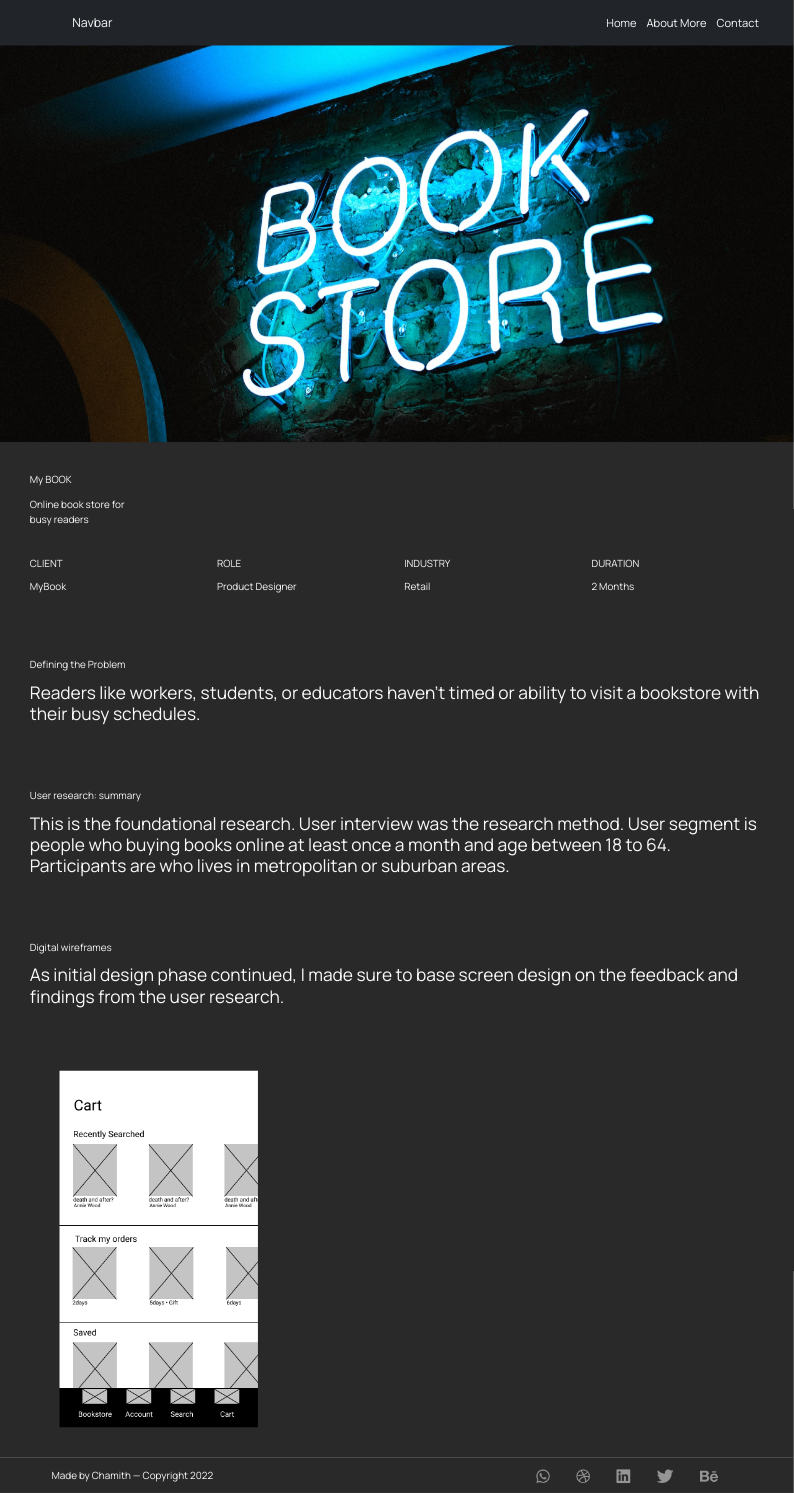
Repository: Realchamithweb/chamith-html
Page: work.html
The author's editor kept a copy of each file at every save. The page is drawn from the files as they stood at one save, then again after the next save.
The browser window is 1280 px wide. The pictures show the whole page, at 62% of full size.

Above is the page before, as saved 2023-01-24 07:34:19.

### work.html
<!doctype html>
<html lang="en">
  <head>
    <!-- Required meta tags -->
    <meta charset="utf-8">
    <meta name="viewport" content="width=device-width, initial-scale=1">
    <link rel="stylesheet" href="/css/style.css">
    <!-- Bootstrap CSS -->
    <link href="https://cdn.jsdelivr.net/npm/bootstrap@5.0.2/dist/css/bootstrap.min.css" rel="stylesheet" integrity="sha384-EVSTQN3/azprG1Anm3QDgpJLIm9Nao0Yz1ztcQTwFspd3yD65VohhpuuCOmLASjC" crossorigin="anonymous">
    <link rel="stylesheet" href="https://fonts.googleapis.com/css?family=Manrope">
    <title>Hello, world!</title>
  </head>
  <body>
    <div class="main">
            <div class="head">
                <nav class="navbar navbar-expand-lg navbar-light bg-dark">
                    <div class="container-fluid">
                        <div class="col-md-1"></div>
                    <a class="navbar-brand col-md-8 text-light" href="/index.html">Navbar</a>
                    <button class="navbar-toggler" type="button" data-bs-toggle="collapse" data-bs-target="#navbarNavDropdown" aria-controls="navbarNavDropdown" aria-expanded="false" aria-label="Toggle navigation">
                        <span class="navbar-toggler-icon"></span>
                    </button>
                    <div class="collapse navbar-collapse" id="navbarNavDropdown">
                        <ul class="navbar-nav">
                        <li class="nav-item">
                            <a class="nav-link active text-light" aria-current="page" href="/index.html">Home</a>
                        </li>
                        <li class="nav-item">
                            <a class="nav-link text-light" href="/work.html">About More</a>
                        </li>
                        <li class="nav-item">
                            <a class="nav-link text-light" href="/contact.html">Contact</a>
                        </li>
                        </ul>
                    </div>
                    </div>
                </nav>
            </div>
            <section>
                <div class="row">
                    <img src="/inc/work-top.png" class="work-hero">
                </div>
            </section>
            <section>
                <div class="row">
                    <div class="container-fluid text-light ms-5 mt-5">
                        <p>My BOOK</p>
                        <h>Online book store for<br>
                            busy readers </h3>
                    </div>
                </div>
                <div class="row p-5">
                        <div class="col-lg-3 text-light">
                            <p>CLIENT</p>
                            <h6>MyBook</h6>
                        </div>
                        <div class="col-lg-3 text-light">
                            <p>ROLE</p>
                            <h6>Product Designer</h6>
                        </div>
                        <div class="col-lg-3 text-light">
                            <p>INDUSTRY</p>
                            <h6>Retail</h6>
                        </div>
                        <div class="col-lg-3 text-light">
                            <p>DURATION</p>
                            <h6>2 Months</h6>
                        </div>
                </div>
            </section>
            <section>
                <div class="row p-5">
                    <div class="col-lg-12 text-light">
                        <p>Defining the Problem</p>
                        <h3>Readers like workers, students, or educators haven't timed or ability to visit a bookstore with their busy schedules.</h3>
                    </div>
                </div>
            </section>
            <section>
                <div class="row p-5">
                    <div class="col-lg-12 text-light">
                        <p>User research: summary</p>
                        <h3>This is the foundational research. User interview was the research method. User segment is people who buying books online at least once a month and age between 18 to 64. Participants are who lives in metropolitan or suburban areas.</h3>
                    </div>
                </div>
            </section>
            <section>
                <div class="row p-5">
                    <div class="col-lg-12 text-light">
                        <p>Digital wireframes</p>
                        <h3>As initial design phase continued, I made sure to base screen design on the feedback and findings from the user research.</h3>
                    </div>
                </div>
            </section>
            <section>
                <div class="row p-5">
                    <div class="col-lg-4 mx-5">
                        <img src="/inc/Cart.png">
                    </div>
                    <div class="col-lg-4">

                    </div>
                    <div class="col-lg-4">

                    </div>
                </div>
            </section>
            <section>
              <div class="footer">
                  <div class="container-fluid">
                      <div class="row">
                          <hr class="text-light">
                          <div class="col-lg-4 text-center text-light mb-3">Made by Chamith — Copyright 2022</div>
                          <div class="col-lg-4 mb-3"></div>
                          <div class="col-lg-4 mb-3"><img src="/inc/Icons.png" class="img02"></div>
                      </div>
                  </div>
              </div>
          </section>

  </div>


    <!-- Optional JavaScript; choose one of the two! -->

    <!-- Option 1: Bootstrap Bundle with Popper -->
    <script src="https://cdn.jsdelivr.net/npm/bootstrap@5.0.2/dist/js/bootstrap.bundle.min.js" integrity="sha384-MrcW6ZMFYlzcLA8Nl+NtUVF0sA7MsXsP1UyJoMp4YLEuNSfAP+JcXn/tWtIaxVXM" crossorigin="anonymous"></script>

    <!-- Option 2: Separate Popper and Bootstrap JS -->
    <!--
    <script src="https://cdn.jsdelivr.net/npm/@popperjs/core@2.9.2/dist/umd/popper.min.js" integrity="sha384-IQsoLXl5PILFhosVNubq5LC7Qb9DXgDA9i+tQ8Zj3iwWAwPtgFTxbJ8NT4GN1R8p" crossorigin="anonymous"></script>
    <script src="https://cdn.jsdelivr.net/npm/bootstrap@5.0.2/dist/js/bootstrap.min.js" integrity="sha384-cVKIPhGWiC2Al4u+LWgxfKTRIcfu0JTxR+EQDz/bgldoEyl4H0zUF0QKbrJ0EcQF" crossorigin="anonymous"></script>
    -->
  </body>
</html>

### css/style.css
.main{
    background-color: #292929;
    font-family: 'Manrope', serif;
    overflow-x: hidden;

}
.navbar{
    padding-top: 15px!important;
    padding-bottom: 15px!important;
}
.nav-link{
    font-size: 18px!important;
}
.hero{
    margin-top: 66px;
}

.hero-img{
    margin-top: 3em;
}

.hero-title{
    font-style: normal;
    font-weight: 400;
    font-size: 54px;
    line-height: 64px;
    margin-left: 96px;
}

.hero-text{
    font-style: normal;
    font-weight: 400;
    font-size: 20px;
    line-height: 30px;
    margin-left: 96px;
}

.hero-btn{
    margin-left: 96px;
}

.work-img:hover img{
        opacity: 0.5;
}

.work-img {
    position: relative;
  }

  .bg-color
  .work-img img {
    width: 100%;
    opacity: 1;
    transition: opacity 0.5s;
  }
.work-img .text {
    position: absolute;
    top: 50%;
    left: 50%;
    transform: translate(-50%, -50%);
    text-align: center;
    color: white;
  }

  .work-hero{
    width: 1440px;
    height: 640px;
    left: 0px;
    top: 0px;
  }
/*
.hero-title{
    position: absolute;
    width: 824px;
    height: 192px;
    left: 96px;
    top: 240px;

    font-family: 'Inter';
    font-style: normal;
    font-weight: 400;
    font-size: 54px;
    line-height: 64px;
    color: #000000;
}

.hero-text{
    position: absolute;
    width: 824px;
    height: 90px;
    left: 96px;
    top: 456px;

    font-family: 'Inter';
    font-style: normal;
    font-weight: 400;
    font-size: 20px;
    line-height: 30px;
    /* or 150% */
    /* color: #000000
}

.hero-btn{
    box-sizing: border-box;
    position: absolute;
    width: 341.57px;
    height: 57px;
    left: 96px;
    top: 634px;

    background: #FFFFFF;
    border: 1px solid #000000;
    border-radius: 4px;
}

.f-row{
    display: flex;
    flex-direction: row;
    justify-content: center;
    align-items: center;
    padding: 8px;
    gap: 32px;

    position: absolute;
    height: 48px;
    left: 96px;
    top: 836px;
}

.img00{
    display: flex;
    flex-direction: row;
    justify-content: center;
    align-items: center;
    padding: 8px;
    gap: 32px;

    position: absolute;
    width: 198px;
    height: 48px;
    left: 96px;
    top: 836px;

}

.img01{
    position: absolute;
    width: 612px;
    height: 888px;
    left: 96px;
    top: 964px;
    border-radius: 4px;
}

.img01:hover{
    background: linear-gradient(0deg, rgba(0, 0, 0, 0.6), rgba(0, 0, 0, 0.6)), url("/inc/Bookstore.png"), #292929;
}

.img02{
    position: absolute;
    width: 612px;
    height: 888px;
    left: 732px;
    top: 1102px;

    background: url(3ffea8135910975.Y3JvcCwxMDgwLDg0NCwwLDExNw.png), #292929;
    border-radius: 4px;
}  */

After the next save:
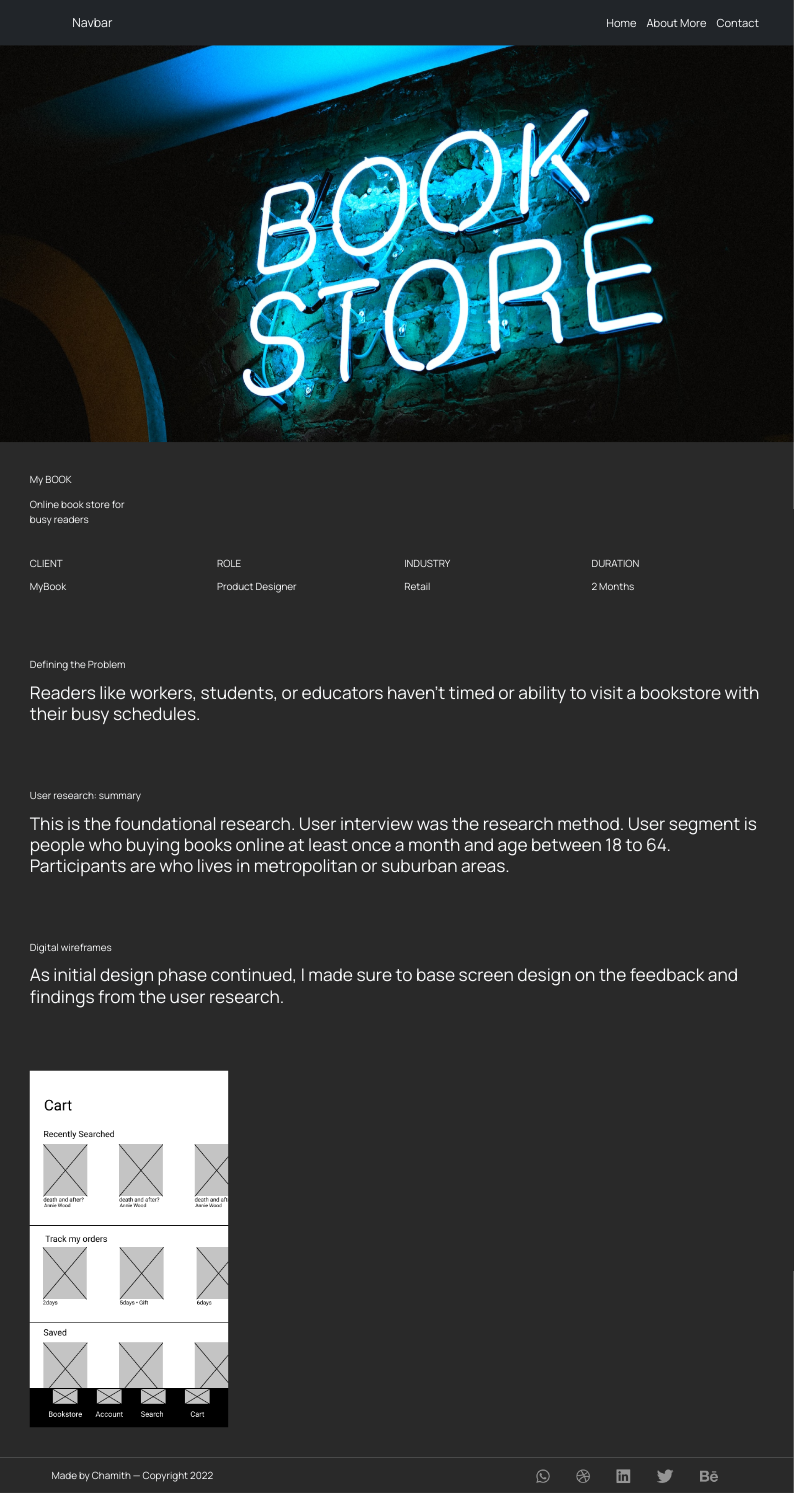
Saved 8 s later.
--- a/work.html
+++ b/work.html
@@ -94,7 +94,7 @@
             </section>
             <section>
                 <div class="row p-5">
-                    <div class="col-lg-4 mx-5">
+                    <div class="col-lg-4 mx-auto">
                         <img src="/inc/Cart.png">
                     </div>
                     <div class="col-lg-4">
